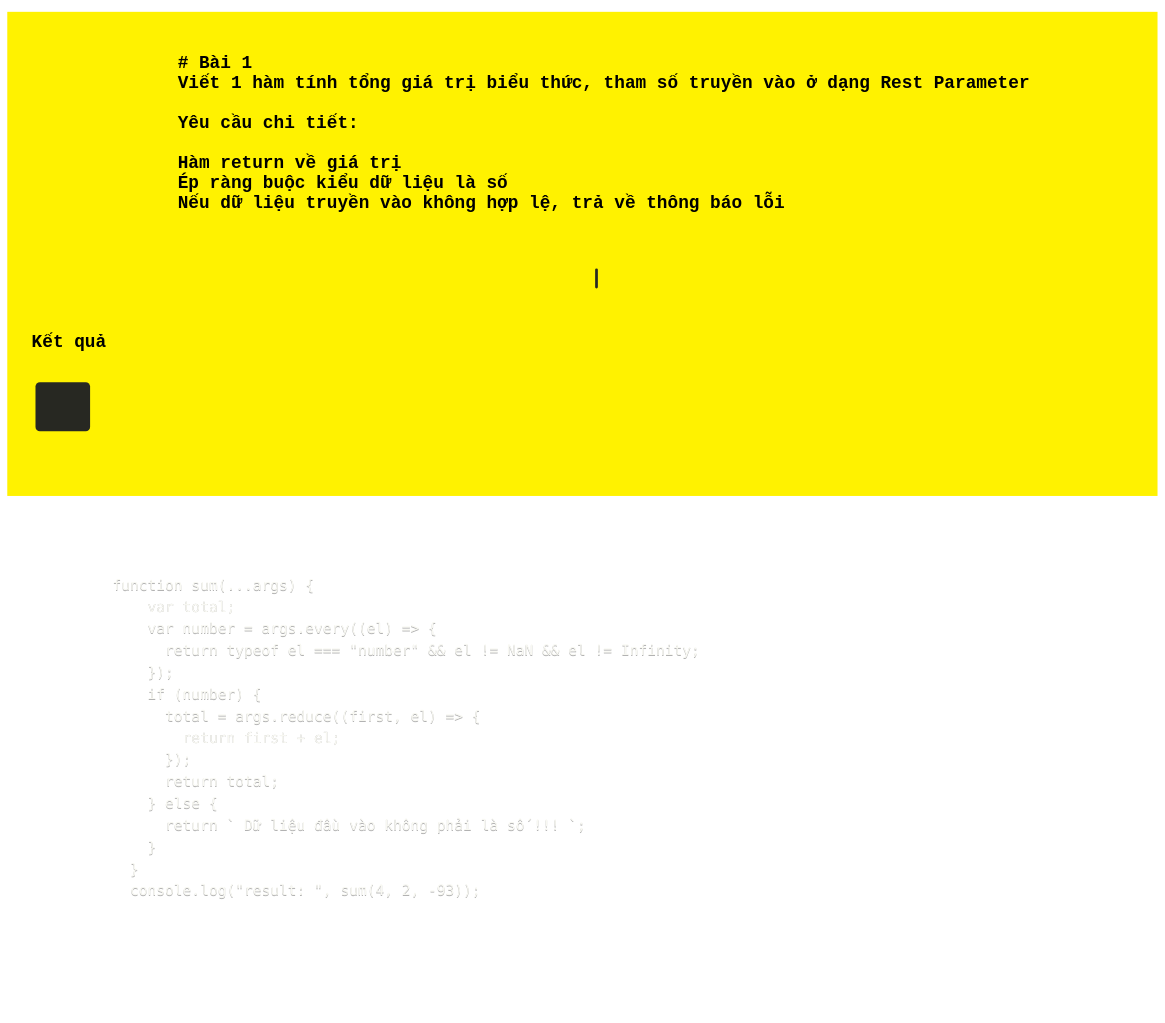
Repository: Dongnguyen318/Quydong
Page: Day 22/ex02.html
The author's editor kept a copy of each file at every save. The page is drawn from the files as they stood at one save, then again after the next save.
The browser window is 1280 px wide. The pictures show the whole page, at 91% of full size.

Above is the page before, as saved 2023-08-29 23:54:40.

### Day 22/ex02.html
<!DOCTYPE html>
<html lang="en">
  <head>
    <meta charset="UTF-8" />
    <meta name="viewport" content="width=device-width, initial-scale=1.0" />
    <title>Document</title>
    <link
      rel="stylesheet"
      href="https://cdn.jsdelivr.net/npm/prismjs@1.29.0/themes/prism-okaidia.min.css"
    />
    <script src="./js/2.js"></script>
  </head>
  <body>
    <pre style="background-color: rgb(255, 242, 0)">
        <code >
            <h2>                # Bài 1
                Viết 1 hàm tính tổng giá trị biểu thức, tham số truyền vào ở dạng Rest Parameter

                Yêu cầu chi tiết:

                Hàm return về giá trị
                Ép ràng buộc kiểu dữ liệu là số
                Nếu dữ liệu truyền vào không hợp lệ, trả về thông báo lỗi</h2>
<p style="text-align: center;">
    <code class="language-js">
    </code>
    <h2 style="padding: 15px;" > Kết quả</h2>
    <code class="language-js" style="padding: 15px 30px 20px;">
    </code>


</p>
        </code>
    </pre>
    <br />
    <br />
    <pre>
        <code class="language-js">
            function sum(...args) {
                var total;
                var number = args.every((el) => {
                  return typeof el === "number" && el != NaN && el != Infinity;
                });
                if (number) {
                  total = args.reduce((first, el) => {
                    return first + el;
                  });
                  return total;
                } else {
                  return ` Dữ liệu đầu vào không phải là số !!! `;
                }
              }
              console.log("result: ", sum(4, 2, -93));



        </code>
    </pre>
    <script src="https://cdn.jsdelivr.net/npm/prismjs@1.29.0/components/prism-core.min.js"></script>
    <script src="https://cdn.jsdelivr.net/npm/prismjs@1.29.0/plugins/autoloader/prism-autoloader.min.js"></script>
  </body>
</html>

### Day 22/js/2.js
const price = 120000;
Number.prototype.getCurrency = function (unit) {
  return this.toLocaleString() + ` ${unit}`;
};
console.log(price.getCurrency("đ"));

After the next save:
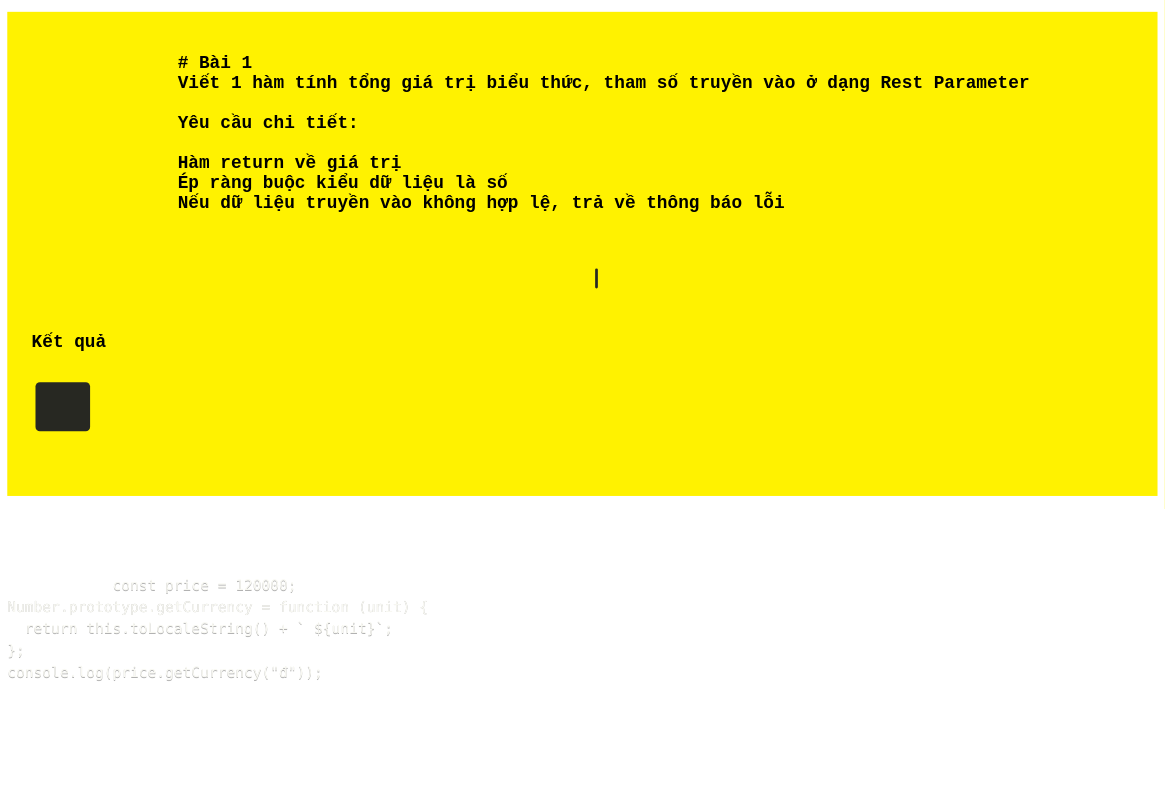
Saved 31 s later.
--- a/Day 22/ex02.html
+++ b/Day 22/ex02.html
@@ -36,21 +36,11 @@
     <br />
     <pre>
         <code class="language-js">
-            function sum(...args) {
-                var total;
-                var number = args.every((el) => {
-                  return typeof el === "number" && el != NaN && el != Infinity;
-                });
-                if (number) {
-                  total = args.reduce((first, el) => {
-                    return first + el;
-                  });
-                  return total;
-                } else {
-                  return ` Dữ liệu đầu vào không phải là số !!! `;
-                }
-              }
-              console.log("result: ", sum(4, 2, -93));
+            const price = 120000;
+Number.prototype.getCurrency = function (unit) {
+  return this.toLocaleString() + ` ${unit}`;
+};
+console.log(price.getCurrency("đ"));
 
 
 
